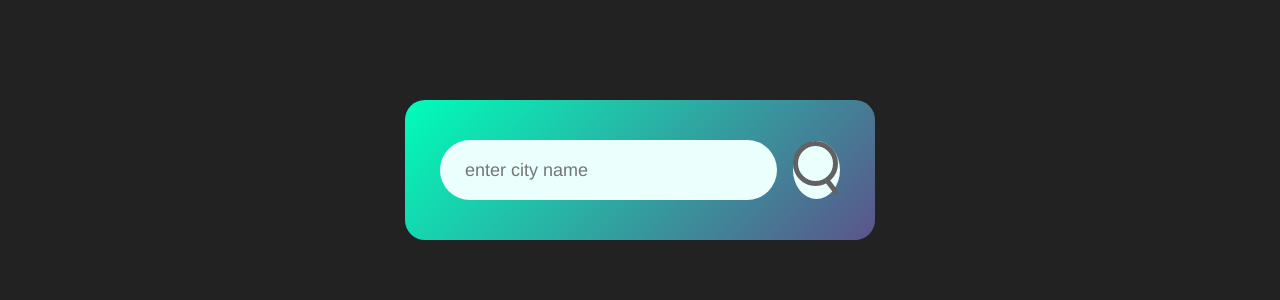
Repository: sodmaq/weatherApp
Page: index.html
An editor plug-in stored every save of this project. The page is shown before and after the next save, followed by the edit.
The browser window is 1280 px wide. The pictures show the whole page.

Above is the page before, as saved 2023-06-24 22:08:05.

After the next save:
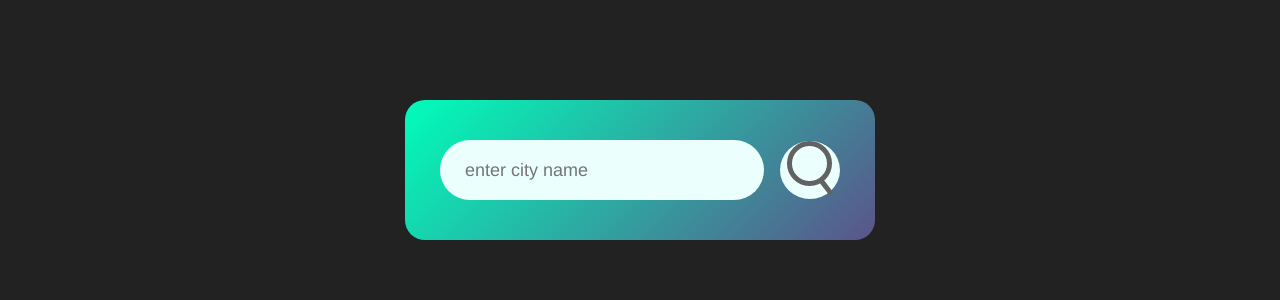
Saved 4 s later.
--- a/style.css
+++ b/style.css
@@ -42,5 +42,5 @@ body {
     outline: 0;
     background: #ebfffc;
     border-radius: 50%;
-    wid
+    width: 60px;
 }
